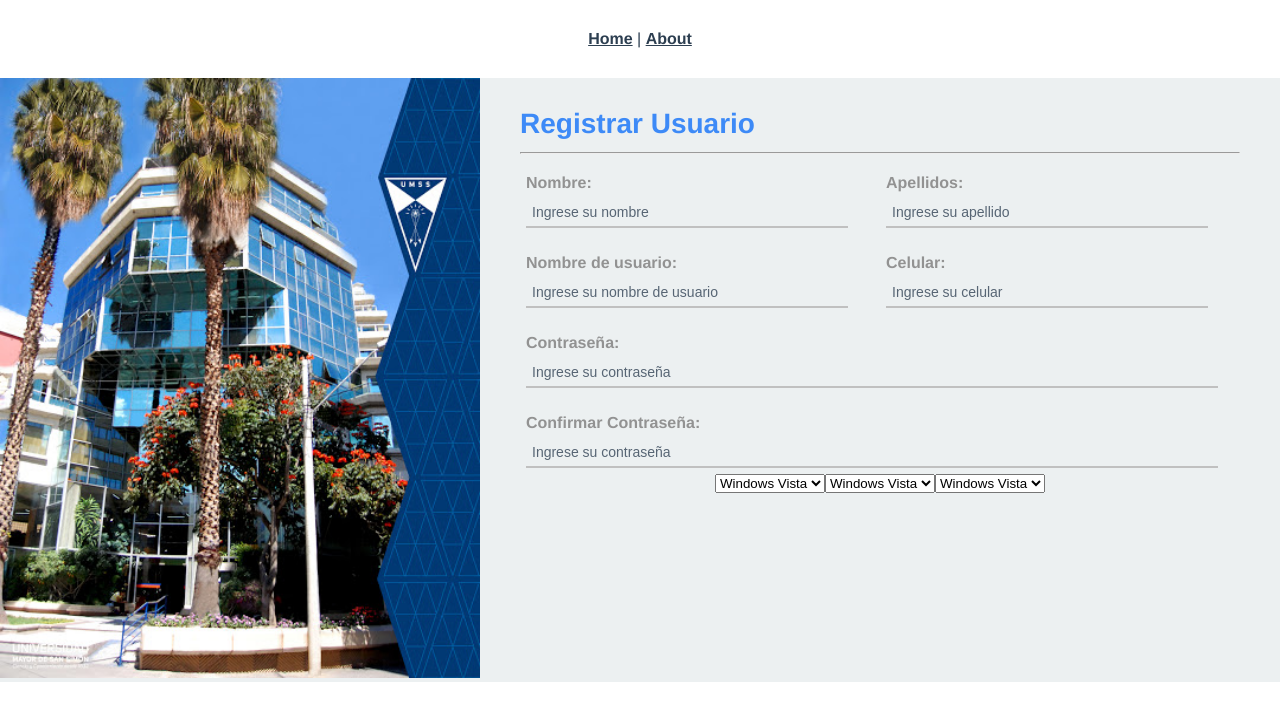
Repository: BritanyTorrico/front-cotizaciones
Page: /register
An editor plug-in stored every save of this project. The page is shown before and after the next save, followed by the edit.
The browser window is 1280 px wide. The pictures show the whole page.
The project was rebuilt for these pictures with package versions that can differ from the ones it lists, and the page was loaded fresh each time. Also part of the build but not shown: vue.config.js, src/components/HelloWorld.vue, src/views/Home.vue.

Above is the page before, as saved 2021-04-21 19:43:59.

### src/App.vue
<template>
  <div id="app">
    <div id="nav">
      <router-link to="/">Home</router-link> |
      <router-link to="/about">About</router-link>
    </div>
    <router-view />
  </div>
</template>

<style>
* {
  padding: 0;
  margin: 0;
}
:root {
  --color-title: #3d8af7;
  --color-name: #929292;
  --color-line: #c0c0c0;
}
#app {
  font-family: Avenir, Helvetica, Arial, sans-serif;
  -webkit-font-smoothing: antialiased;
  -moz-osx-font-smoothing: grayscale;
  text-align: center;
  color: #2c3e50;
}

#nav {
  padding: 30px;
}

#nav a {
  font-weight: bold;
  color: #2c3e50;
}

#nav a.router-link-exact-active {
  color: #42b983;
}
</style>

### src/router/index.js
import Vue from "vue";
import VueRouter from "vue-router";
import Home from "../views/Home.vue";

Vue.use(VueRouter);

const routes = [{
        path: "/",
        name: "Home",
        component: Home,
    },
    {
        path: "/about",
        name: "About",
        // route level code-splitting
        // this generates a separate chunk (about.[hash].js) for this route
        // which is lazy-loaded when the route is visited.
        component: () =>
            import ( /* webpackChunkName: "about" */ "../views/About.vue"),
    },
    {
        path: "/register",
        name: "RegisterUserPage",
        component: () =>
            import ("../views/RegisterUserPage.vue"),
    },
];

const router = new VueRouter({
    mode: "history",
    base: process.env.BASE_URL,
    routes,
});

export default router;

### src/views/RegisterUserPage.vue
<template>
  <div>
    <register-user />
  </div>
</template>

<script>
import RegisterUser from "@/components/User/RegisterUser.vue";
export default {
  components: { RegisterUser },
  name: "RegisterUserPage",
};
</script>

<style lang="scss" scoped></style>

### src/components/User/RegisterUser.vue
<template>
  <div class="container">
    <form action="">
      <div class="flex-container">
        <div class="form__image">
          <img src="@/assets/edificioUMSS.jpg" alt="" />
        </div>

        <div class="form__datos">
          <div class="form_title">
            <h1>Registrar Usuario</h1>
            <hr class="form__linea" />
          </div>
          <div class="form__section">
            <div class="form__name">
              <label
                ><div class="formulario_label">Nombre:</div>
                <input
                  class="form__input"
                  type="text"
                  placeholder="Ingrese su nombre"
                  required
                />
              </label>
            </div>
            <div class="form__name">
              <label
                ><div class="formulario_label">Apellidos:</div>
                <input
                  class="form__input"
                  type="text"
                  placeholder="Ingrese su apellido"
                  required
                />
              </label>
            </div>
          </div>
          <div class="form__section">
            <div class="form__name">
              <label
                ><div class="formulario_label">Nombre de usuario:</div>
                <input
                  class="form__input"
                  type="text"
                  placeholder="Ingrese su nombre de usuario"
                  required
                />
              </label>
            </div>
            <div class="form__name">
              <label
                ><div class="formulario_label">Celular:</div>
                <input
                  class="form__input"
                  type="text"
                  placeholder="Ingrese su celular"
                />
              </label>
            </div>
          </div>
          <div class="form__section2">
            <div class="formulario_label">Contraseña:</div>
            <input
              type="password"
              class="form__input"
              placeholder="Ingrese su contraseña"
            />
          </div>
          <div class="form__section2">
            <div class="formulario_label">Confirmar Contraseña:</div>
            <input
              type="password"
              class="form__input"
              placeholder="Ingrese su contraseña"
            />
          </div>
          <lista-desplegable :nombreLista="Hola"></lista-desplegable>
        </div>
      </div>
    </form>
  </div>
</template>

<script>
import ListaDesplegable from "./ListaDesplegable.vue";
export default {
  components: { ListaDesplegable },
  name: "RegisterUser",
};
</script>

<style lang="css" scoped>
.flex-container {
  display: flex;
  background-color: #ecf0f1;
}
.form__image {
  width: 40%;
}
.form__image img {
  width: 100%;
  height: 600px;
}

.form__datos {
  width: 60%;
  margin-left: 40px;
  margin-right: 40px;
}
.form_title {
  color: var(--color-title);
  text-align: left;
  font-size: 14px;
}
.form_title h1 {
  padding-top: 30px;
  padding-bottom: 12px;
}
.form__linea {
  color: var(--color-title);
}
.form__input {
  width: 100%;
  padding: 6px;
  margin: 6px 6px;
  border: none;
  border-bottom: 2px solid var(--color-line);
  background-color: transparent;
  color: black;
  font-size: 14px;
}

.form__input:focus {
  background: linear-gradient(to bottom, transparent, #ced6e0);
  outline: none;
  border-bottom: 2px solid #747d8c;
}
::placeholder {
  color: #576574;
}
.form__section {
  margin-top: 20px;
  display: flex;
}
.form__section2 {
  margin-top: 20px;
  margin-right: 40px;
}
.formulario_label {
  padding-left: 6px;
  color: var(--color-name);
  text-align: left;
  font-weight: bold;
}
.form__name {
  width: 100%;
  padding-right: 50px;
}
</style>

### src/components/User/ListaDesplegable.vue
<template>
  <div class="container">
    <div class="list__name">{{ nombreLista }}</div>
    <select v-for="(item, index) in 3" :key="index" name="OS">
      <option value="1">Windows Vista</option>
      <option value="2">Windows 7</option>
      <option value="3">Windows XP</option>
      <option value="10">Fedora</option>
      <option value="11">Debian</option>
      <option value="12">Suse</option>
    </select>
  </div>
</template>

<script>
export default {
  name: "ListaDesplegable",
  props: {
    nombreLista: String,
  },
};
</script>

<style lang="scss" scoped></style>

Loaded but not shown: public/index.html (common file); src/main.js (common file); src/store/index.js (common file)

After the next save:
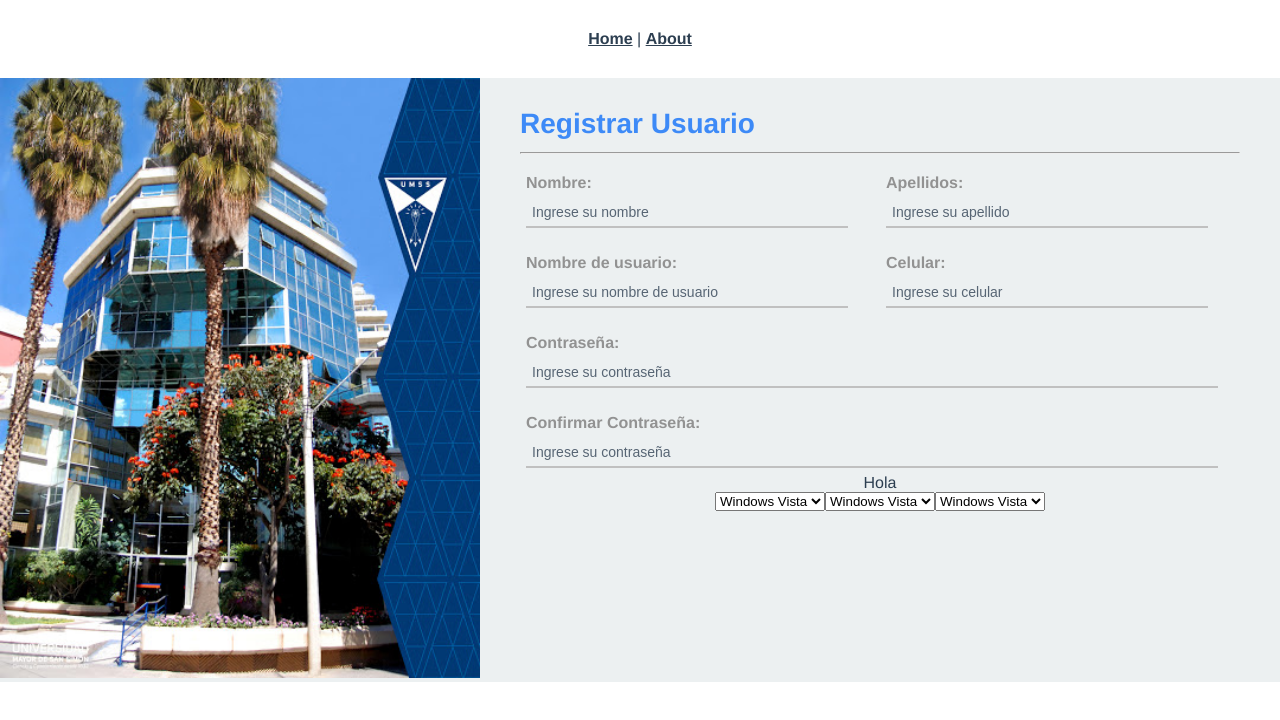
Saved 21 s later.
--- a/src/components/User/RegisterUser.vue
+++ b/src/components/User/RegisterUser.vue
@@ -74,7 +74,7 @@
               placeholder="Ingrese su contraseña"
             />
           </div>
-          <lista-desplegable :nombreLista="Hola"></lista-desplegable>
+          <lista-desplegable nombreLista="Hola"></lista-desplegable>
         </div>
       </div>
     </form>
